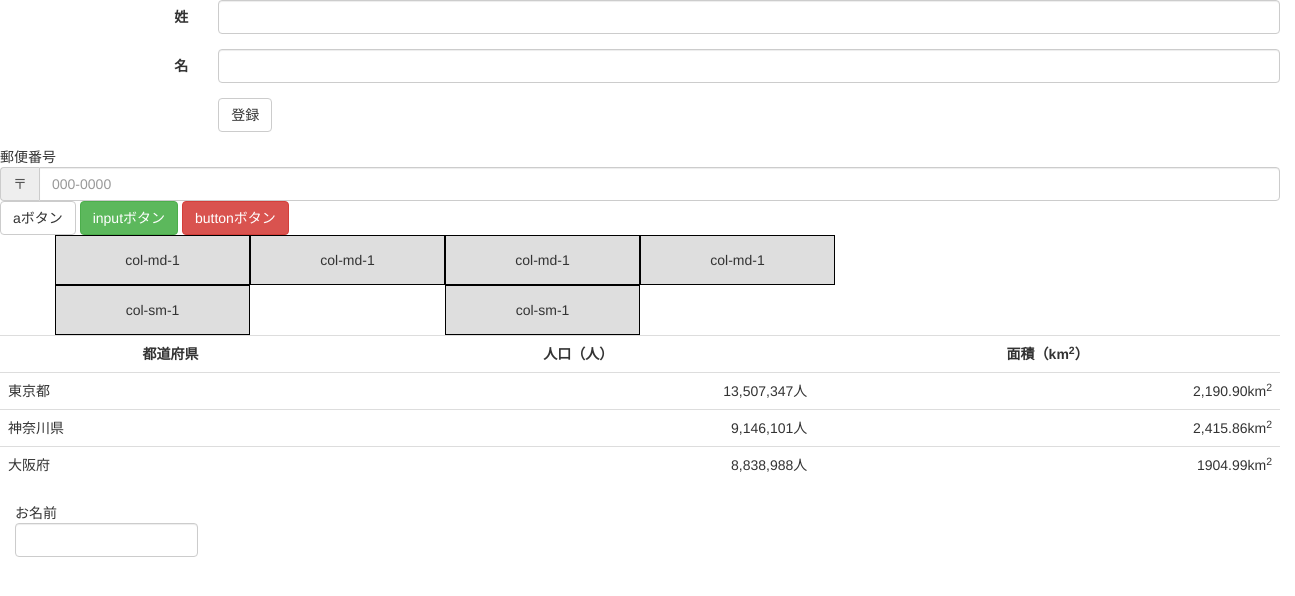
Repository: honokah/microposts
Page: Bootstrap/bootstrap_lesson.html
The author's editor kept a record of every edit. The page is drawn from the files as they stood at one moment, then again after the next edit.
The browser window is 1280 px wide. The page is 1295 px wide, so the pictures cover 1295 px, including what lies to the right of the window. The pictures show the whole page.

Above is the page before.

After the next edit:
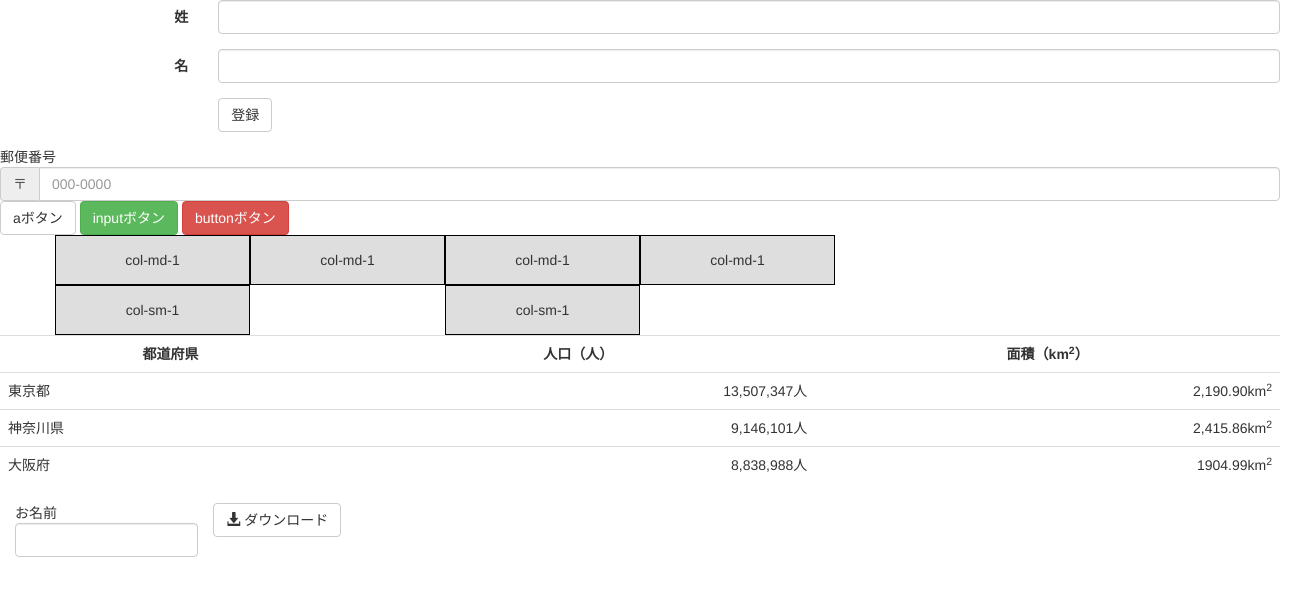
The edit:
--- a/Bootstrap/bootstrap_lesson.html
+++ b/Bootstrap/bootstrap_lesson.html
@@ -121,6 +121,10 @@
 </form>
 
 
+<button type="button" class="btn btn-default">
+  <span class="glyphicon glyphicon-download-alt"></span>
+  ダウンロード
+</button>
 
 
     </body>
